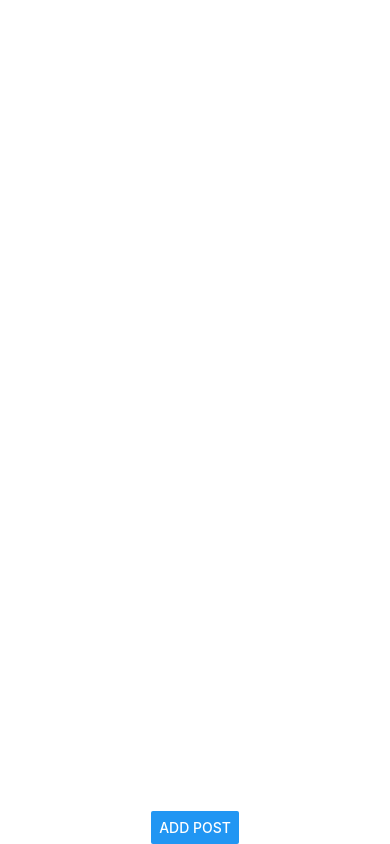
Repository: ntu34543/React-Native
Screen: / (app in demo/)
An editor plug-in stored every save of this project. The screen is shown before and after the next save, followed by the edit.
The page's requests for data from a server got no answer. The app was drawn by React Native's web renderer in a window 390 px wide. The project was rebuilt for these pictures with package versions that can differ from the ones it lists, and the page was loaded fresh each time. No one was signed in, and anything a server would have sent is missing.

Above is the screen before, as saved 2022-09-13 11:32:52.

After the next save:
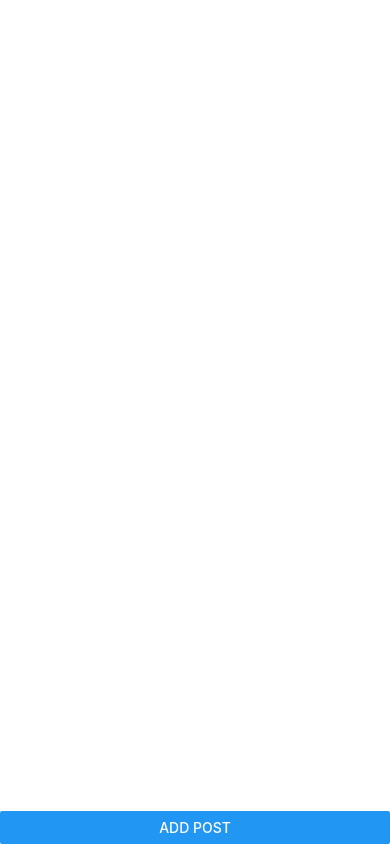
Saved 22 s later.
--- a/demo/App.js
+++ b/demo/App.js
@@ -66,7 +66,6 @@ const styles = StyleSheet.create({
   container: {
     flex: 1,
     backgroundColor: "#fff",
-    alignItems: "center",
     justifyContent: "center",
   },
 });
